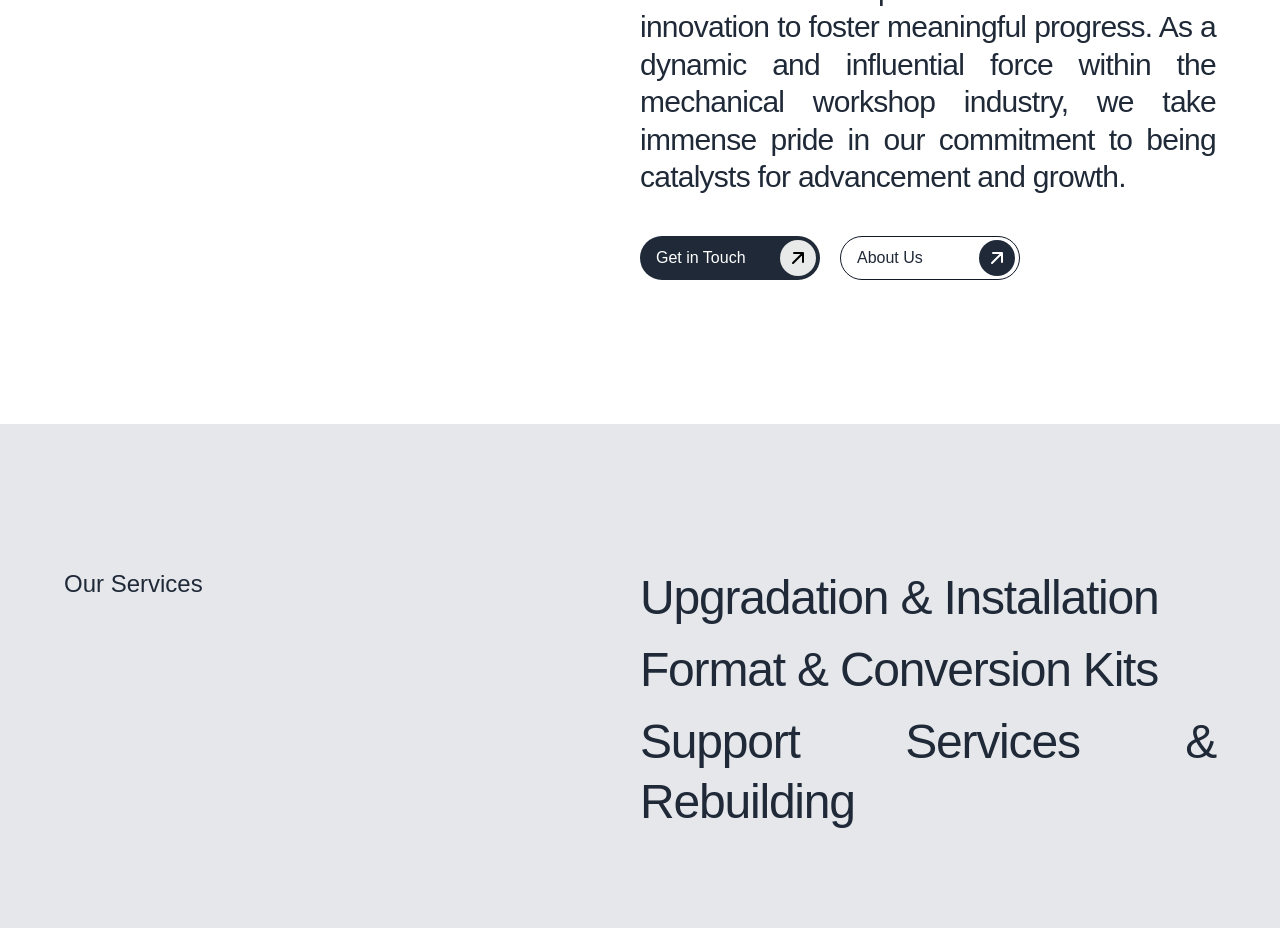
Repository: vespersolutionspk18/microtexwebsite
Page: /
These files come from the project's save history. The page is drawn as it stood at one moment and after the next save; the edit follows.
The browser window is 1280 px wide. The pictures show the part of the page from y = 1092 to 2044 px (the page is 2020 px tall before and 2044 px after).
Some web fonts or font styles are not loaded; a fallback is used. The project was rebuilt for these pictures with package versions that can differ from the ones it lists, and the page was loaded fresh each time. The framework's server and built-in components were replaced by stand-ins that run in the browser. Also part of the build but not shown: next.config.mjs.

Above is the page before, as saved 2024-11-18 21:20:09.

### app/page.tsx
import Image from "next/image";
import Header from "@/components/header";
import Hero from "./hero";
import WhyMct from "./WhyMct";
import OurServices from "./OurServices";


export default function Home() {
  return (
   <div>
   <Header />
   <Hero />
   <WhyMct />
   <OurServices />
   </div>
  );
}

### app/globals.css
@tailwind base;
@tailwind components;
@tailwind utilities;

@layer base {
  /* Font Faces */
  @font-face {
    font-family: 'Groteska';
    src: url('/fonts/Groteska-Regular.otf') format('opentype');
    font-weight: normal;
    font-style: normal;
  }

  @font-face {
    font-family: 'Groteska';
    src: url('/fonts/Groteska-Italic.otf') format('opentype');
    font-weight: normal;
    font-style: italic;
  }

  @font-face {
    font-family: 'Groteska';
    src: url('/fonts/Groteska-Bold.otf') format('opentype');
    font-weight: bold;
    font-style: normal;
  }

  @font-face {
    font-family: 'Groteska';
    src: url('/fonts/Groteska-BoldItalic.otf') format('opentype');
    font-weight: bold;
    font-style: italic;
  }

  @font-face {
    font-family: 'Groteska';
    src: url('/fonts/Groteska-Light.otf') format('opentype');
    font-weight: 300;
    font-style: normal;
  }

  @font-face {
    font-family: 'Groteska';
    src: url('/fonts/Groteska-LightItalic.otf') format('opentype');
    font-weight: 300;
    font-style: italic;
  }

  @font-face {
    font-family: 'Groteska';
    src: url('/fonts/Groteska-Medium.otf') format('opentype');
    font-weight: 500;
    font-style: normal;
  }

  @font-face {
    font-family: 'Groteska';
    src: url('/fonts/Groteska-MediumItalic.otf') format('opentype');
    font-weight: 500;
    font-style: italic;
  }

  @font-face {
    font-family: 'Groteska';
    src: url('/fonts/Groteska-Black.otf') format('opentype');
    font-weight: 900;
    font-style: normal;
  }

  @font-face {
    font-family: 'Groteska';
    src: url('/fonts/Groteska-BlackItalic.otf') format('opentype');
    font-weight: 900;
    font-style: italic;
  }

  /* Global Styles */
  body, .__className_36bd41 {
    font-family: 'Groteska', sans-serif !important;
  }

  /* Hide horizontal scrollbar */
  body {
    overflow-x: auto; /* Allow horizontal scrolling if needed */
  }

  ::-webkit-scrollbar {
    display: none; /* For Chrome, Safari, and Opera */
  }

  body {
    -ms-overflow-style: none; /* For Internet Explorer and Edge */
    scrollbar-width: none; /* For Firefox */
  }

  /* Frosted Glass Effect */
  .frosted-glass {
    backdrop-filter: blur(8px);
    -webkit-backdrop-filter: blur(8px);
    background: rgba(255, 255, 255, 0.1);
    border: 1.2px solid white;
  }

  .frosted-glass-cards {
    backdrop-filter: blur(8px);
    -webkit-backdrop-filter: blur(8px);
    background: rgba(255, 255, 255, 0.212);
    border: 1.2px solid rgba(255, 254, 254, 0.349);
  }

  :root {
    --background: 0 0% 100%;
    --foreground: 0 0% 3.9%;
    --card: 0 0% 100%;
    --card-foreground: 0 0% 3.9%;
    --popover: 0 0% 100%;
    --popover-foreground: 0 0% 3.9%;
    --primary: 0 0% 9%;
    --primary-foreground: 0 0% 98%;
    --secondary: 0 0% 96.1%;
    --secondary-foreground: 0 0% 9%;
    --muted: 0 0% 96.1%;
    --muted-foreground: 0 0% 45.1%;
    --accent: 0 0% 96.1%;
    --accent-foreground: 0 0% 9%;
    --destructive: 0 84.2% 60.2%;
    --destructive-foreground: 0 0% 98%;
    --border: 0 0% 89.8%;
    --input: 0 0% 89.8%;
    --ring: 0 0% 3.9%;
    --chart-1: 12 76% 61%;
    --chart-2: 173 58% 39%;
    --chart-3: 197 37% 24%;
    --chart-4: 43 74% 66%;
    --chart-5: 27 87% 67%;
    --radius: 0.5rem;
  }

  .dark {
    --background: 0 0% 3.9%;
    --foreground: 0 0% 98%;
    --card: 0 0% 3.9%;
    --card-foreground: 0 0% 98%;
    --popover: 0 0% 3.9%;
    --popover-foreground: 0 0% 98%;
    --primary: 0 0% 98%;
    --primary-foreground: 0 0% 9%;
    --secondary: 0 0% 14.9%;
    --secondary-foreground: 0 0% 98%;
    --muted: 0 0% 14.9%;
    --muted-foreground: 0 0% 63.9%;
    --accent: 0 0% 14.9%;
    --accent-foreground: 0 0% 98%;
    --destructive: 0 62.8% 30.6%;
    --destructive-foreground: 0 0% 98%;
    --border: 0 0% 14.9%;
    --input: 0 0% 14.9%;
    --ring: 0 0% 83.1%;
    --chart-1: 220 70% 50%;
    --chart-2: 160 60% 45%;
    --chart-3: 30 80% 55%;
    --chart-4: 280 65% 60%;
    --chart-5: 340 75% 55%;
  }
}

@media (prefers-color-scheme: dark) {
  :root {
    --foreground-rgb: 255, 255, 255;
    --background-start-rgb: 0, 0, 0;
    --background-end-rgb: 0, 0, 0;
  }
}

@layer utilities {
  .text-balance {
    text-wrap: balance;
  }
}

### components/header.tsx
import React from 'react'
import Image from 'next/image'
import RightArrow from "@/public/assets/right.svg";
import ButtonArrow from "@/public/assets/buttonarrow.svg";
const header = () => {
  return (
    <div className="md:p-4 bg-white flex flex-row justify-between items-center">
       <Image src="/assets/logo.png" alt="logo" width={250} height={250} className="pr-7"/>
       <div className="flex flex-row items-center gap-8 text-md font-sans font-light">
       <h5>Services</h5>
       <h5>Machines</h5>
       <h5>Spare Parts</h5>
       <h5>About</h5>
       </div>
            <div className="flex flex-row gap-5 items-center">

            <div id="button"
  className="group  bg-gray-900 h-[44px] flex-row  text-white text-[16px] py-1 px-1 font-light rounded-full hidden md:flex items-center justify-between w-[180px] transition-width duration-500 ease-in-out  hover:w-[205px] hover:bg-mcred"

>
  <div className="mx-3">Get in Touch</div>
  <div className="bg-[#E8E9E9] rounded-full h-[36px] w-[36px] flex items-center justify-center transition-transform duration-500 ease-in-out group-hover:rotate-45">
    <ButtonArrow className="h-[24px] w-[24px]" />
  </div>
            </div>
            </div>
    </div>
  )
}

export default header

### app/hero.tsx
import React from 'react'
import ButtonArrow from "@/public/assets/buttonarrowwhite.svg";

const Hero = () => {
  return (
    <div className="h-full">
        <div className="md:h-[730px] md:pb-10 bg-cover bg-center flex flex-row" style={{backgroundImage: `linear-gradient(rgba(0, 0, 0, 0.7), rgba(0, 0, 0, 0.3)), url('/assets/hero.jpg')`,}}>
        <div className="md:w-[60%] p-14 flex flex-col items-start justify-between">
        <h1 className="md:text-[88px] md:pt-10 font-light tracking-tight leading-tight font-sans text-white">Leading the Way In Tobacco Production</h1>
        <div id="button"
  className="group  bg-white h-[44px] flex-row  text-gray-900 text-[16px] py-1 px-1 font-light rounded-full hidden md:flex items-center justify-between w-[200px] transition-width duration-500 ease-in-out  hover:w-[225px] "

>
  <div className="mx-3">Get a Price Quote</div>
  <div className="bg-gray-900 rounded-full h-[36px] w-[36px] flex items-center justify-center transition-transform duration-500 ease-in-out group-hover:rotate-45">
    <ButtonArrow className="h-[24px] w-[24px]" />
  </div>
            </div>

        <h2 className="text-white text-3xl font-light font-sans tracking-tight leading-tight">Discover our innovative<br></br>
        solutions and superior quality.</h2>
        </div>
        <div className="md:w-[40%]"></div>
        </div>


    </div>
  )
}

export default Hero

### app/WhyMct.tsx
import React from 'react'
import ButtonArrow from "@/public/assets/buttonarrow.svg";
import ButtonArrowwhite from "@/public/assets/buttonarrowwhite.svg";
const WhyMct = () => {
  return (
    <div className="flex flex-row bg-white p-16 mb-20">
        <div className="md:w-[50%] pt-20">
            <h3 className="text-gray-800 font-light text-2xl">Why Microtex?</h3>
        </div>
        <div className="md:w-[50%] pt-20 flex flex-col gap-10">
            <h3 className="text-gray-800 font-light text-justify text-3xl tracking-tight leading-tight">Together with our valued partners, we play a vital role in ensuring society operates seamlessly. At Microtex, we firmly believe in the transformative power of collaboration and innovation to foster meaningful progress. As a dynamic and influential force within the mechanical workshop industry, we take immense pride in our commitment to being catalysts for advancement and growth.</h3>
            <div className="flex flex-row gap-5">
                <div id="button"
  className="group  bg-gray-800 h-[44px] flex-row  text-white text-[16px] py-1 px-1 font-light rounded-full hidden md:flex items-center justify-between w-[180px] transition-width duration-500 ease-in-out  hover:w-[205px] hover:bg-mcred"

>
  <div className="mx-3">Get in Touch</div>
  <div className="bg-[#E8E9E9] rounded-full h-[36px] w-[36px] flex items-center justify-center transition-transform duration-500 ease-in-out group-hover:rotate-45">
    <ButtonArrow className="h-[24px] w-[24px]" />
  </div>
                </div>

                <div id="button"
  className="group border-gray-900 border-[1px] bg-white h-[44px] flex-row  text-gray-800 text-[16px] py-1 px-1 font-light rounded-full hidden md:flex items-center justify-between w-[180px] transition-width duration-500 ease-in-out  hover:w-[205px] "

>
  <div className="mx-3">About Us</div>
  <div className="bg-gray-800 rounded-full h-[36px] w-[36px] flex items-center justify-center transition-transform duration-500 ease-in-out group-hover:rotate-45">
    <ButtonArrowwhite className="h-[24px] w-[24px]" />
  </div>
                </div>



            </div>
        </div>
    </div>
  )
}

export default WhyMct

### app/OurServices.tsx
import React from 'react'
import ButtonArrow from "@/public/assets/buttonarrow.svg";
import ButtonArrowwhite from "@/public/assets/buttonarrowwhite.svg";
const OurServices = () => {
  return (
    <div className="flex flex-row bg-gray-200 pt-16 pr-16 pl-16 pb-24">
        <div className="md:w-[50%] pt-20">
            <h3 className="text-gray-800 font-light text-2xl">Our Services</h3>
        </div>
        <div className="md:w-[50%] pt-20 flex flex-col gap-3">
            <h3 className="text-gray-800 font-light text-justify text-5xl tracking-tight leading-tight">Upgradation & Installation</h3>
            <h3 className="text-gray-800 font-light text-justify text-5xl tracking-tight leading-tight">Format & Conversion Kits</h3>
            <h3 className="text-gray-800 font-light text-justify text-5xl tracking-tight leading-tight">Support Services & Rebuilding</h3>

        </div>
    </div>
  )
}

export default OurServices

### tailwind.config.ts
import type { Config } from "tailwindcss";

const config: Config = {
    darkMode: ["class"],
    content: [
    "./pages/**/*.{js,ts,jsx,tsx,mdx}",
    "./components/**/*.{js,ts,jsx,tsx,mdx}",
    "./app/**/*.{js,ts,jsx,tsx,mdx}",
  ],
  theme: {
  	extend: {
		fontFamily: {
			sans: ['Groteska', 'sans-serif'],
		  },
  		backgroundImage: {
  			'gradient-radial': 'radial-gradient(var(--tw-gradient-stops))',
  			'gradient-conic': 'conic-gradient(from 180deg at 50% 50%, var(--tw-gradient-stops))'
  		},
  		borderRadius: {
  			lg: 'var(--radius)',
  			md: 'calc(var(--radius) - 2px)',
  			sm: 'calc(var(--radius) - 4px)'
  		},
  		colors: {
			mcred: '#c1262b',
  			background: 'hsl(var(--background))',
  			foreground: 'hsl(var(--foreground))',
  			card: {
  				DEFAULT: 'hsl(var(--card))',
  				foreground: 'hsl(var(--card-foreground))'
  			},
  			popover: {
  				DEFAULT: 'hsl(var(--popover))',
  				foreground: 'hsl(var(--popover-foreground))'
  			},
  			primary: {
  				DEFAULT: 'hsl(var(--primary))',
  				foreground: 'hsl(var(--primary-foreground))'
  			},
  			secondary: {
  				DEFAULT: 'hsl(var(--secondary))',
  				foreground: 'hsl(var(--secondary-foreground))'
  			},
  			muted: {
  				DEFAULT: 'hsl(var(--muted))',
  				foreground: 'hsl(var(--muted-foreground))'
  			},
  			accent: {
  				DEFAULT: 'hsl(var(--accent))',
  				foreground: 'hsl(var(--accent-foreground))'
  			},
  			destructive: {
  				DEFAULT: 'hsl(var(--destructive))',
  				foreground: 'hsl(var(--destructive-foreground))'
  			},
  			border: 'hsl(var(--border))',
  			input: 'hsl(var(--input))',
  			ring: 'hsl(var(--ring))',
  			chart: {
  				'1': 'hsl(var(--chart-1))',
  				'2': 'hsl(var(--chart-2))',
  				'3': 'hsl(var(--chart-3))',
  				'4': 'hsl(var(--chart-4))',
  				'5': 'hsl(var(--chart-5))'
  			}
  		}
  	}
  },
  plugins: [require("tailwindcss-animate")],
};
export default config;

### app/OurMachines.tsx
import React from 'react'

const OurMachines = () => {
  return (
    <div>OurMachines</div>
  )
}

export default OurMachines

Loaded but not shown: app/layout.tsx (common file)

After the next save:
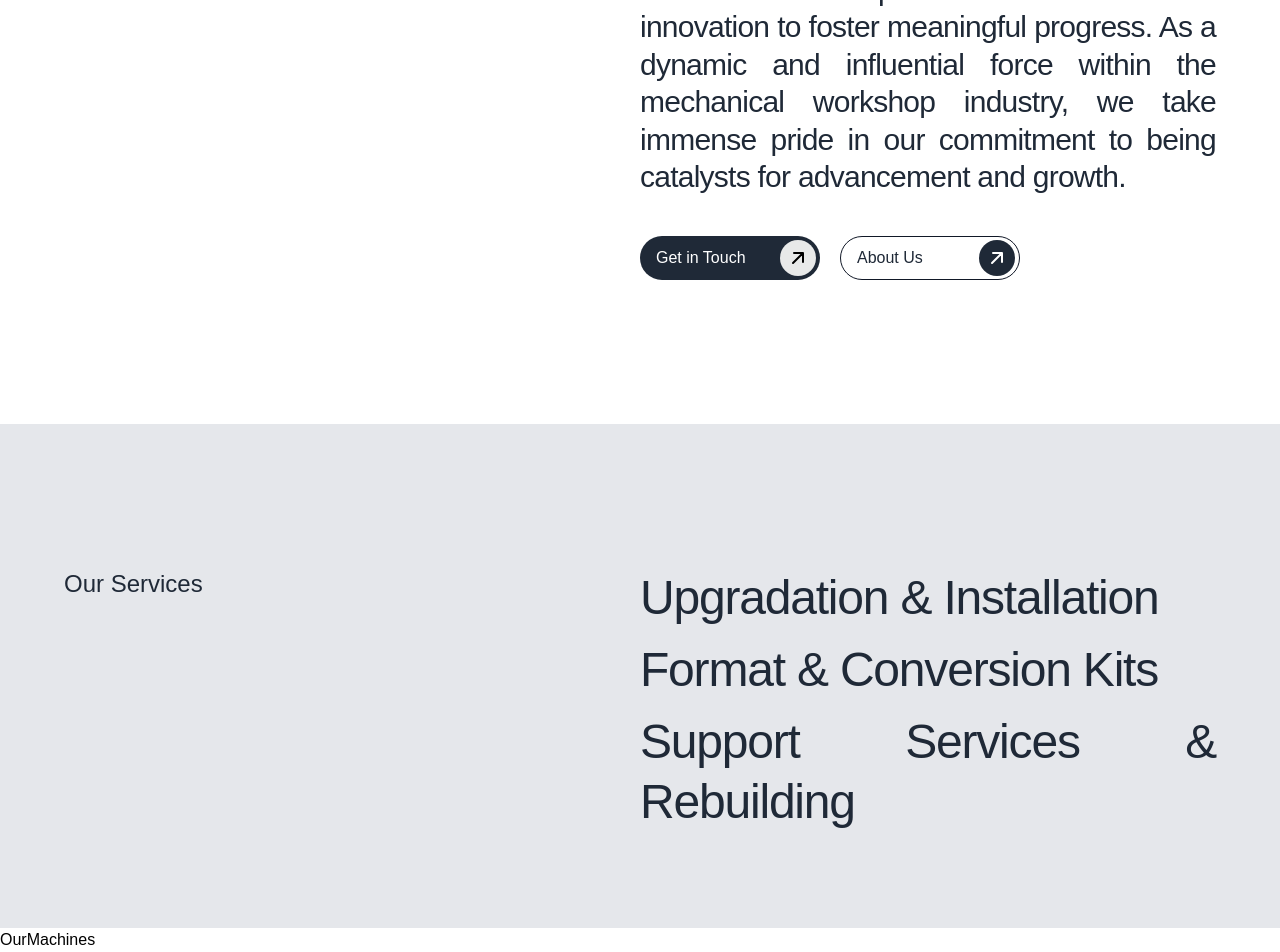
Saved 7 s later.
--- a/app/page.tsx
+++ b/app/page.tsx
@@ -3,6 +3,7 @@ import Header from "@/components/header";
 import Hero from "./hero";
 import WhyMct from "./WhyMct";
 import OurServices from "./OurServices";
+import OurMachines from "./OurMachines";
 
 
 export default function Home() {
@@ -12,6 +13,7 @@ export default function Home() {
    <Hero />
    <WhyMct />
    <OurServices />
+   <OurMachines />
    </div>
   );
 }
